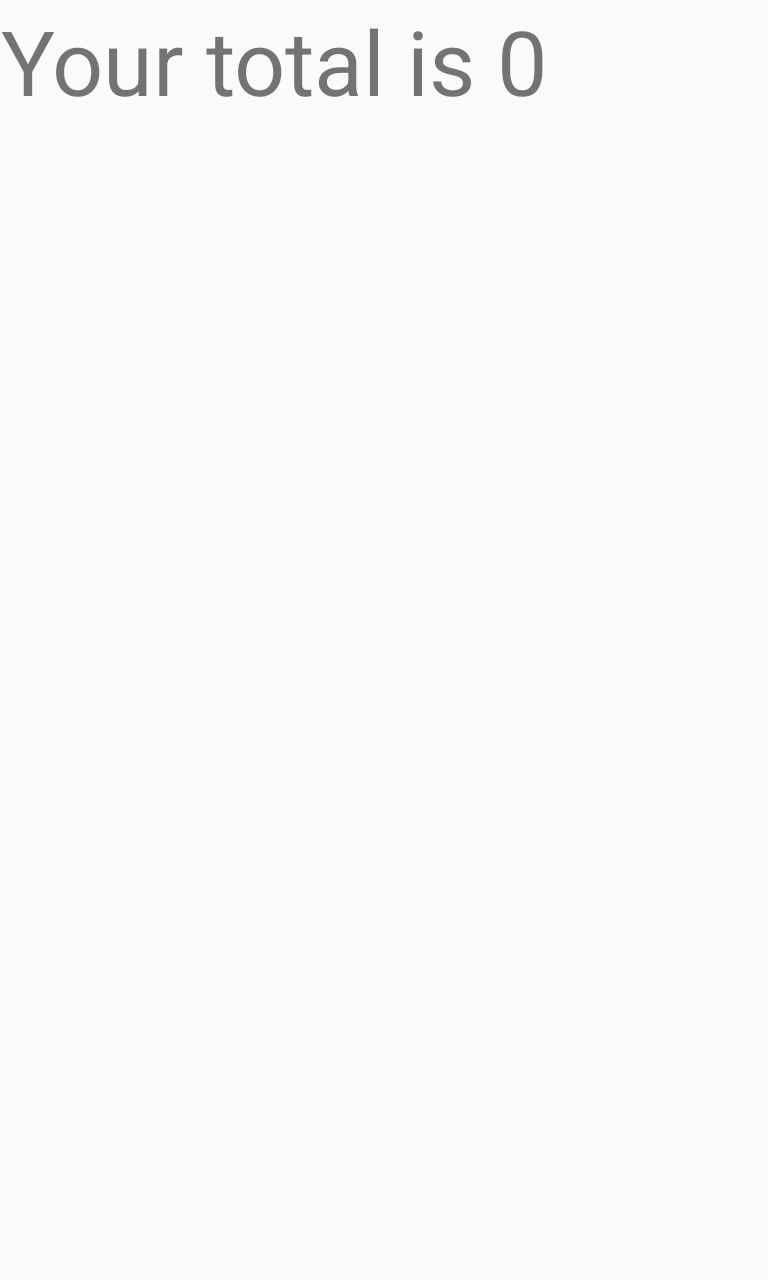
Repository: sumansourabh26/everyday_codes
Layout: android/TheNewBoston/res/layout/activity_starting_point.xml
An editor plug-in stored every save of this project. The layout is shown before and after the next save, followed by the edit.
It is drawn on a 768 x 1280 px phone screen (xhdpi) without system bars, with theme AppTheme; the app's code is not run.

Above is the layout before, as saved 2014-06-17 17:11:10.

After the next save:
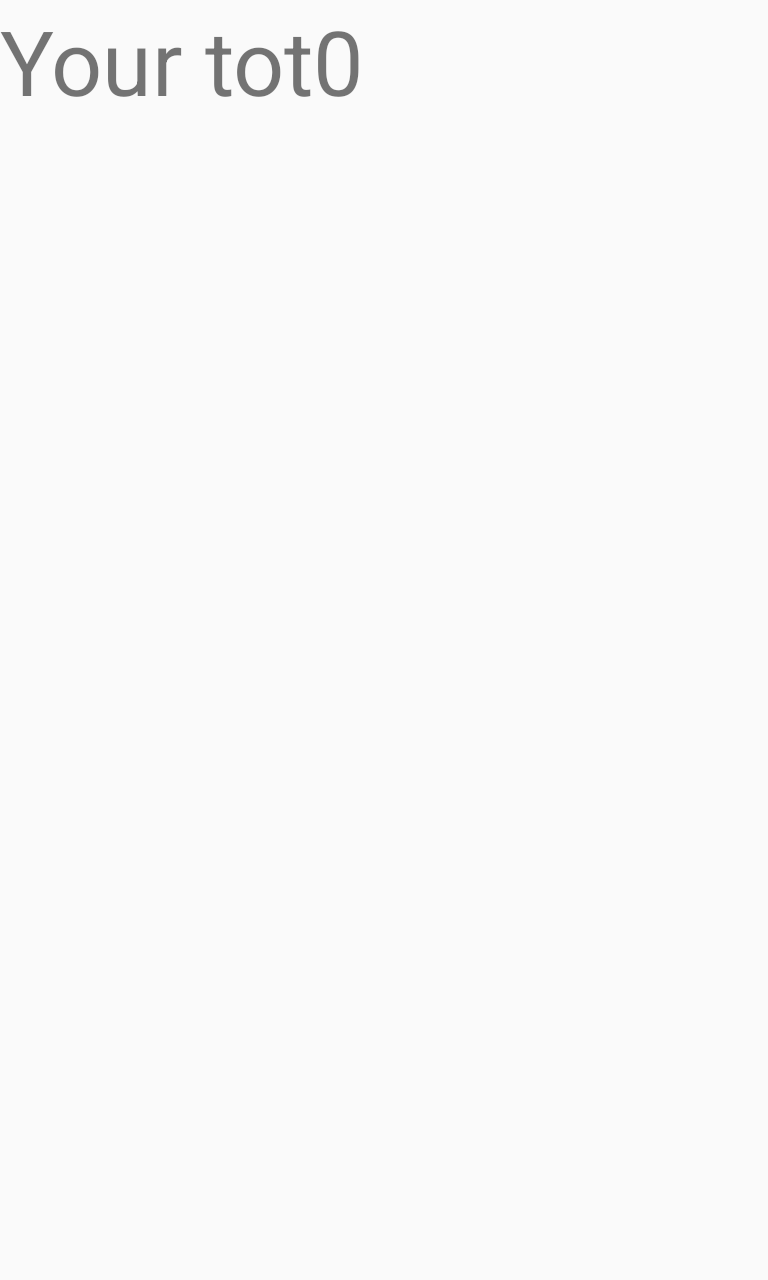
Saved 12 s later.
--- a/android/TheNewBoston/res/layout/activity_starting_point.xml
+++ b/android/TheNewBoston/res/layout/activity_starting_point.xml
@@ -8,7 +8,7 @@
     <TextView
         android:layout_width="wrap_content"
         android:layout_height="wrap_content"
-        android:text="Your total is 0"
+        android:text="Your tot0"
         android:textSize="45dp"
         android:layout_gravity="center"
         android:gravity="center"

After the save that followed:
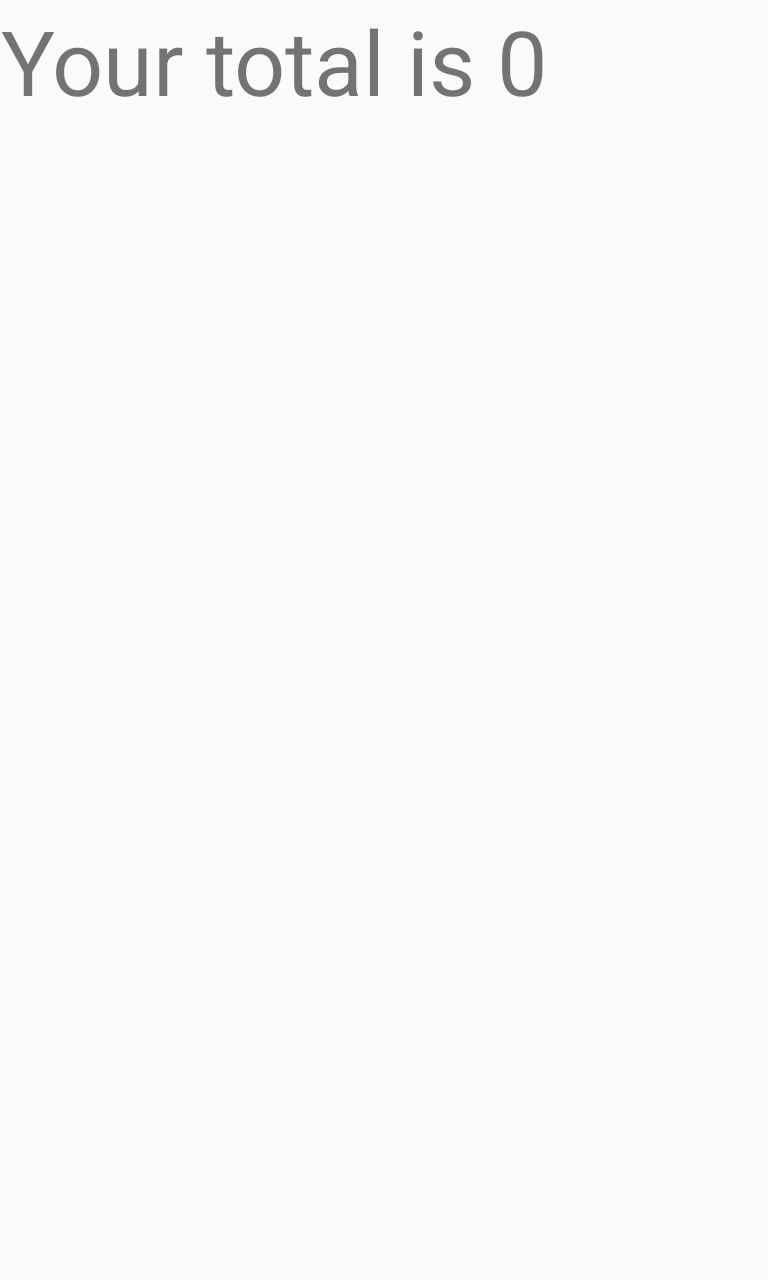
Saved 5 s later.
--- a/android/TheNewBoston/res/layout/activity_starting_point.xml
+++ b/android/TheNewBoston/res/layout/activity_starting_point.xml
@@ -8,7 +8,7 @@
     <TextView
         android:layout_width="wrap_content"
         android:layout_height="wrap_content"
-        android:text="Your tot0"
+        android:text="Your total is 0"
         android:textSize="45dp"
         android:layout_gravity="center"
         android:gravity="center"
